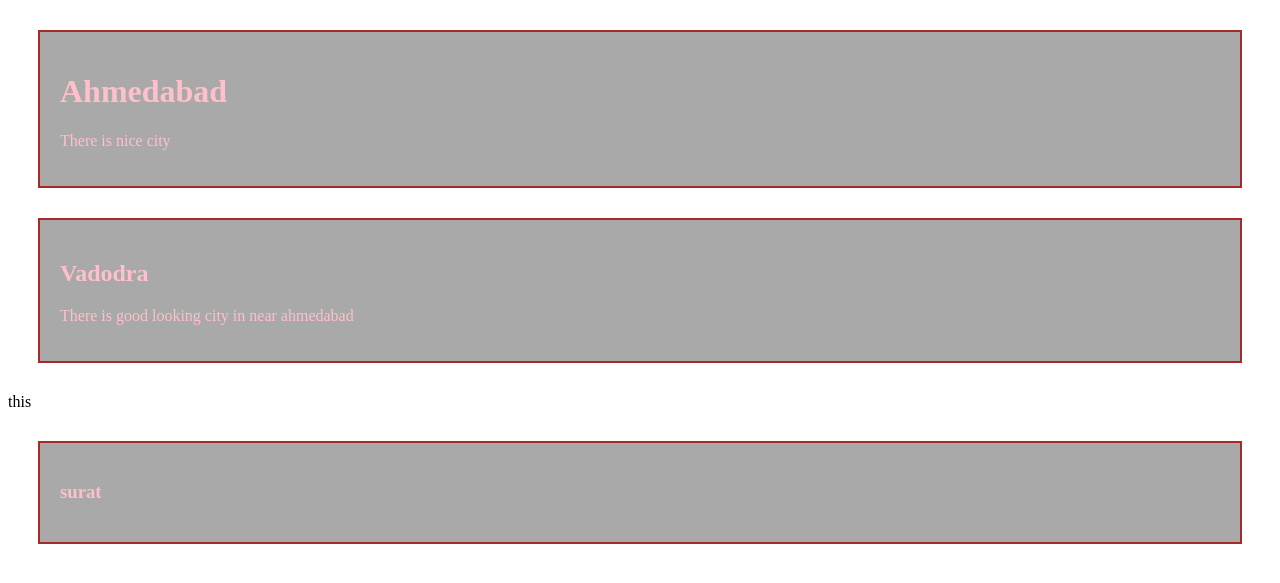
Repository: pratixa-chauhan/practice
Page: style/class.html
The author's editor kept a copy of each file at every save. The page is drawn from the files as they stood at one save, then again after the next save.
The browser window is 1280 px wide. The pictures show the whole page.

Above is the page before, as saved 2021-12-17 12:34:54.

### style/class.html
<!DOCTYPE html>
<html>
    <head>
        <style>
            .city{
                background-color: darkgrey;
                color: pink;
                border: 2px solid brown;
                margin: 30px;
                padding: 20px;


            }

        </style>

    </head>
    <body>
        <div class="city">
            <h1>Ahmedabad</h1>
            <p>There is nice city</p>
        </div>
        <div class="city">
            <h2>Vadodra</h2>
            <p>There is good looking city in near ahmedabad</p>
        </div>this
        <div class="city">
            <h3>surat</h3>

        </div>
    </body>
</html>

After the next save:
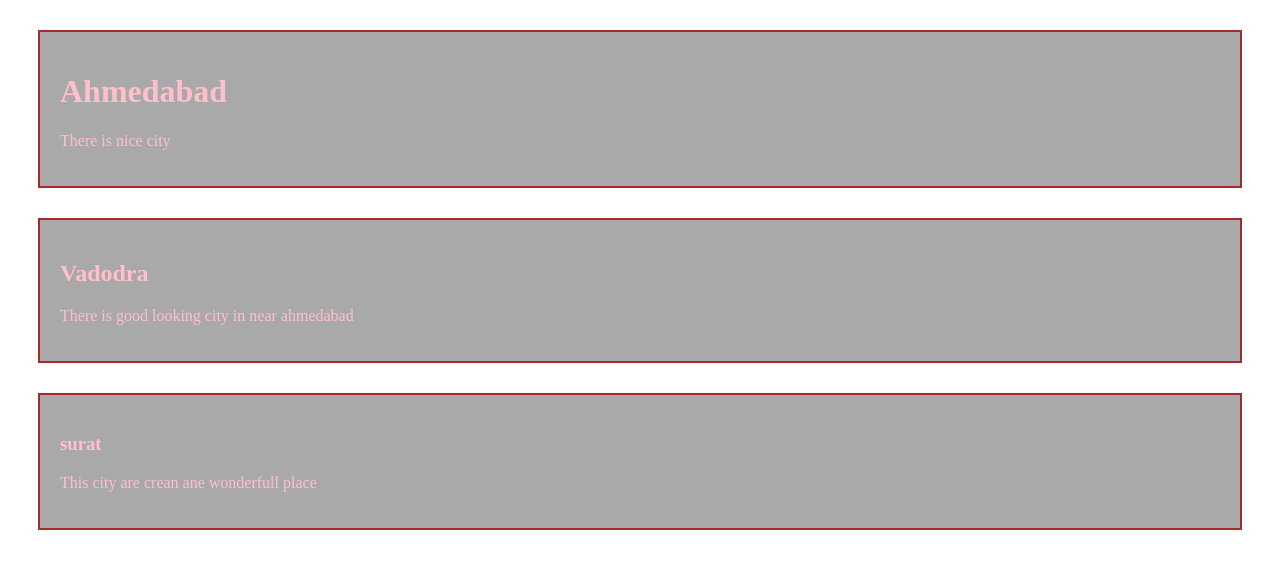
Saved 86 s later.
--- a/style/class.html
+++ b/style/class.html
@@ -23,9 +23,10 @@
         <div class="city">
             <h2>Vadodra</h2>
             <p>There is good looking city in near ahmedabad</p>
-        </div>this
+        </div>
         <div class="city">
             <h3>surat</h3>
+                <p>This city are crean ane wonderfull place</p>
 
         </div>
     </body>
